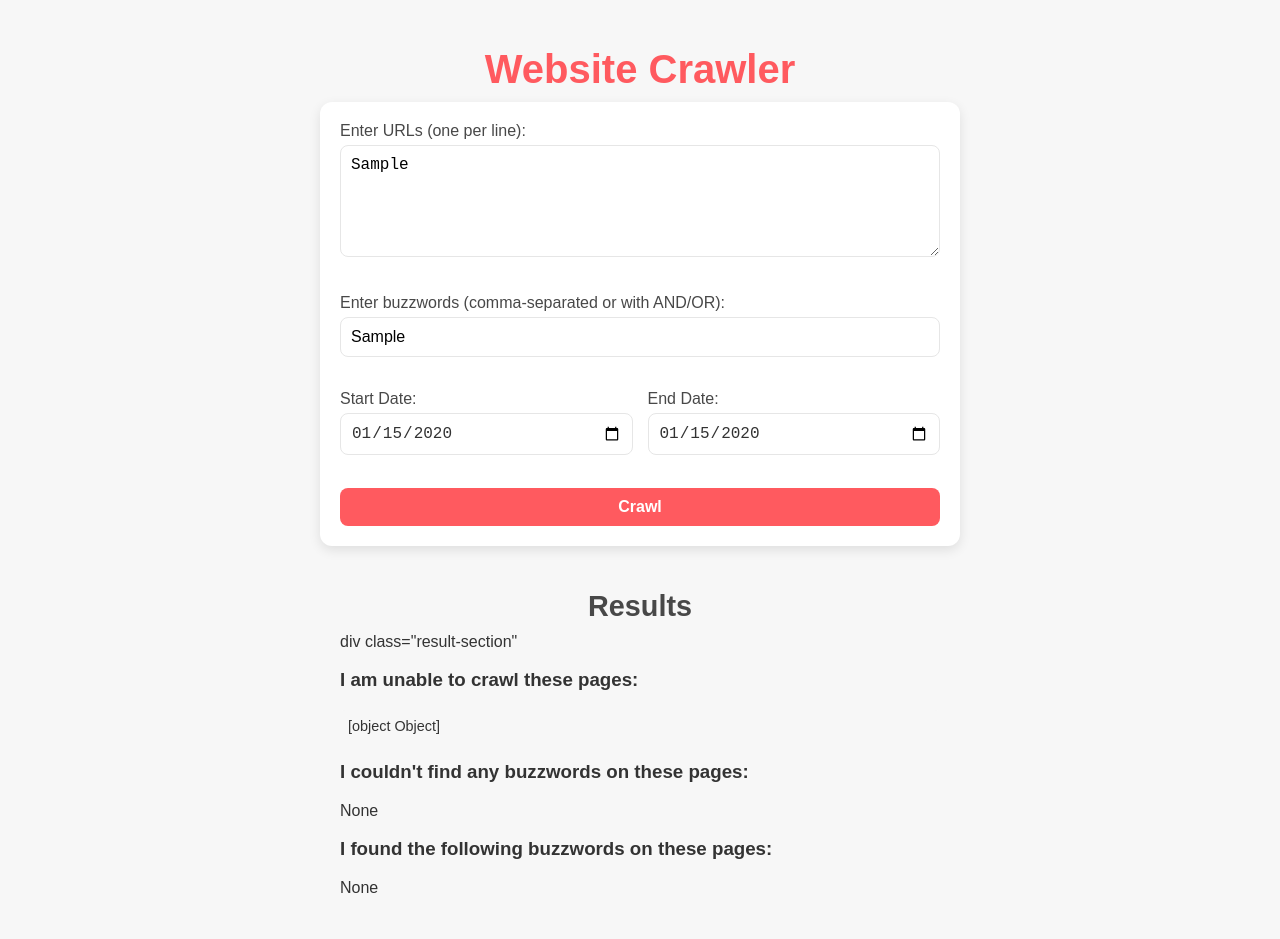
Repository: LubegaH/tenderwebscraper
Page: http://localhost/
The author's editor kept a copy of each file at every save. The page is drawn from the files as they stood at one save, then again after the next save.
The browser window is 1280 px wide. The pictures show the whole page.
Empty fields were first filled with sample values (such as "Sample", 5 or name@example.com).
After loading, the first visible `#crawler-form` was submitted once.
The page is served by the project's application, run on Flask 3 (app.py). Other server files are loaded and not shown.

Above is the page before, as saved 2025-02-19 14:31:31.

### templates/index.html
<!DOCTYPE html>
<html lang="en">
  <head>
    <meta charset="UTF-8" />
    <meta name="viewport" content="width=device-width, initial-scale=1.0" />
    <title>Website Crawler</title>
    <link
      rel="stylesheet"
      href="{{ url_for('static', filename='styles.css') }}"
    />
  </head>
  <body>
    <h1>Website Crawler</h1>
    <form id="crawler-form">
      <label for="urls">Enter URLs (one per line):</label><br />
      <textarea id="urls" name="urls" rows="5" cols="50"></textarea><br /><br />

      <label for="buzzwords"
        >Enter buzzwords (comma-separated or with AND/OR):</label
      ><br />
      <input
        type="text"
        id="buzzwords"
        name="buzzwords"
        size="50"
      /><br /><br />

      <div class="date-range">
        <div>
          <label for="start-date">Start Date:</label>
          <input
            type="date"
            id="start-date"
            name="start-date"
            class="date-field"
          />
        </div>
        <div>
          <label for="end-date">End Date:</label>
          <input type="date" id="end-date" name="end-date" class="date-field" />
        </div>
      </div>
      <br />

      <input type="submit" value="Crawl" />
    </form>

    <h2>Results</h2>
    <div id="results"></div>

    <script>
      document
        .getElementById('crawler-form')
        .addEventListener('submit', async function (e) {
          e.preventDefault();

          const urls = document
            .getElementById('urls')
            .value.split('\n')
            .map((url) => url.trim())
            .filter((url) => url.length > 0);

          const buzzwords = document.getElementById('buzzwords').value;
          const startDate = document.getElementById('start-date').value;
          const endDate = document.getElementById('end-date').value;

          const resultDiv = document.getElementById('results');
          resultDiv.innerHTML = '<p>Crawling... Please wait.</p>';

          try {
            const response = await fetch('/crawl', {
              method: 'POST',
              headers: {
                'Content-Type': 'application/json',
              },
              body: JSON.stringify({ urls, buzzwords, startDate, endDate }),
            });

            if (!response.ok) {
              throw new Error(`HTTP error! status: ${response.status}`);
            }

            const data = await response.json();
            displayResults(data);
          } catch (error) {
            resultDiv.innerHTML = `<p>Error: ${error.message}</p>`;
          }
        });

      function displayResults(data) {
        const resultDiv = document.getElementById('results');
        resultDiv.innerHTML = '';

        // Group results into three categories
        const unableToCrawl = [];
        const foundBuzzwords = [];
        const noBuzzwordsFound = [];

        // Each 'item' in data has the structure: {url, found: [...], error: ...}
        data.forEach((item) => {
          if (item.error) {
            // unable to crawl
            unableToCrawl.push(item);
          }
          // No error, so the request succeeded
          else if (Array.isArray(item.found) && item.found.length > 0) {
            foundBuzzwords.push({ url: item.url, buzzwords: item.found });
          } else {
            // Crawled successfully but no buzzwords found
            noBuzzwordsFound.push(item.url);
          }
        });

        // Build HTML for each section
        // 1) Unable to crawl
        let html = 'div class="result-section"';
        html += '<h3>I am unable to crawl these pages:</h3>';
        if (unableToCrawl.length > 0) {
          html += '<ul>';
          unableToCrawl.forEach((url) => {
            html += `<li>${url}</li>`;
          });
          html += '</ul>';
        } else {
          html += '<p>None</p>';
        }
        html += '</div>';
        // 2) No buzzwords found
        html += '<div class="result-section">';
        html += "<h3> I couldn't find any buzzwords on these pages:</h3>";
        if (noBuzzwordsFound.length > 0) {
          html += '<ul>';
          noBuzzwordsFound.forEach((url) => {
            html += `<li>${url}</li>`;
          });
          html += '</ul>';
        } else {
          html += '<p>None</p>';
        }
        html += '</div>';

        // 3) Buzzwords found
        html += '<div class="result-section">';
        html += '<h3> I found the following buzzwords on these pages:</h3>';
        if (foundBuzzwords.length > 0) {
          html += '<ul>';
          foundBuzzwords.forEach((entry) => {
            const joinedBuzzwords = entry.buzzwords.join(', ');
            html += `<li><strong>${entry.url}</strong>: ${joinedBuzzwords}</li>`;
          });
          html += '</ul>';
        } else {
          html += '<p>None</p>';
        }
        html += '</div>';

        // Insert all sections into the result div
        resultDiv.innerHTML = html;

        // data.forEach((result) => {
        //   const resultElement = document.createElement('div');
        //   resultElement.className = 'result-item';

        //   if (result.error) {
        //     resultElement.innerHTML = `<p class="error">Error crawling ${result.url}: ${result.error}</p>`;
        //   } else {
        //     resultElement.innerHTML = `<h3>${
        //       result.url
        //     }</h3><p>${result.found.join(', ')}</p>`;
        //   }

        //   resultDiv.appendChild(resultElement);
        // });
      }
    </script>
  </body>
</html>

### app.py

# app.py - Backend using Flask
import os
from flask import Flask, render_template, request, jsonify
import requests
from bs4 import BeautifulSoup
import re

app = Flask(__name__)

# Function to scrape the URL and look for buzzwords
def scrape_url(url, buzzwords):
    try:
        response = requests.get(url, timeout=10)  # Added timeout to avoid long waits on unresponsive servers
        if response.status_code == 200:
            soup = BeautifulSoup(response.text, 'html.parser')
            text = soup.get_text(separator=' ')
            found_words = [word for word in buzzwords if re.search(r'\b' + re.escape(word) + r'\b', text, re.IGNORECASE)]
            if found_words:
                return {'url': url, 'found': found_words}
            else:
                return {'url': url, 'found': []}  # No buzzwords found
        else:
            return {'url': url, 'error': 'Unable to fetch the page.'}
    except requests.RequestException as e:
        return {'url': url, 'error': f"Error: {str(e)}"}

@app.route('/')
def index():
    return render_template('index.html')

@app.route('/crawl', methods=['POST'])
def crawl():
    data = request.get_json()
    urls = data.get('urls', [])
    buzzwords = data.get('buzzwords', [])

    # Ensure buzzwords are in a list format
    if isinstance(buzzwords, str):
        buzzwords = [word.strip() for word in buzzwords.split(',')]

    results = []
    for url in urls:
        result = scrape_url(url, buzzwords)
        results.append(result)
    return jsonify(results)

if __name__ == '__main__':
    port = int(os.environ.get('PORT', 5000))
    app.run(debug=False, host='0.0.0.0', port=port)
    # app.run(debug=True, port=port)

### static/styles.css
/* General Styles */
body {
  font-family: Arial, sans-serif;
  background-color: #f7f7f7;
  color: #333;
  margin: 0;
  padding: 20px;
  display: flex;
  justify-content: center;
  align-items: center;
  flex-direction: column;
  min-height: 100vh;
}

h1 {
  color: #ff5a5f; /* Airbnb's primary brand color */
  font-size: 2.5rem;
  margin-bottom: 10px;
}

/* Form Styles */
form {
  background: #ffffff;
  padding: 20px;
  border-radius: 12px;
  box-shadow: 0 4px 12px rgba(0, 0, 0, 0.1);
  width: 100%;
  max-width: 600px;
  margin-bottom: 20px;
}

label {
  font-size: 1rem;
  color: #484848;
  font-weight: 500;
}

textarea,
input[type='text'] {
  width: 100%;
  padding: 10px;
  margin-top: 5px;
  margin-bottom: 15px;
  border: 1px solid #e6e6e6;
  border-radius: 8px;
  font-size: 1rem;
  box-sizing: border-box;
}

input[type='submit'] {
  background-color: #ff5a5f;
  color: #fff;
  border: none;
  padding: 10px 20px;
  font-size: 1rem;
  font-weight: bold;
  border-radius: 8px;
  cursor: pointer;
  transition: background-color 0.3s ease;
  width: 100%;
  box-sizing: border-box;
}

input[type='submit']:hover {
  background-color: #ff787d;
}

/* Results Section Styles */
h2 {
  color: #484848;
  font-size: 1.8rem;
  margin-bottom: 10px;
}

#results {
  width: 100%;
  max-width: 600px;
}

.result-item {
  background-color: #ffffff;
  margin-top: 10px;
  padding: 15px;
  border-radius: 10px;
  box-shadow: 0 2px 8px rgba(0, 0, 0, 0.1);
}

.result-item h3 {
  color: #ff5a5f;
  margin: 0 0 10px;
}

ul {
  list-style-type: none;
  padding-left: 0;
}

ul li {
  background-color: #f7f7f7;
  padding: 8px;
  border-radius: 5px;
  margin-bottom: 5px;
  font-size: 0.9rem;
  color: #333;
}

.error {
  color: #d9534f;
}
/* Styling for date fields */
.date-field {
  width: 100%;
  padding: 10px;
  margin-top: 5px;
  margin-bottom: 15px;
  border: 1px solid #e6e6e6;
  border-radius: 8px;
  font-size: 1rem;
  box-sizing: border-box;
  background-color: #ffffff;
  color: #333;
  transition: border-color 0.3s ease;
}

/* Consistent styling on focus */
.date-field:focus {
  outline: none;
  border-color: #ff5a5f;
  box-shadow: 0 0 0 2px rgba(255, 90, 95, 0.3);
}
/* Date range wrapper styling */
.date-range {
  display: flex;
  gap: 15px; /* Space between start and end date fields */
}

.date-range > div {
  flex: 1; /* Ensures both fields are evenly spaced and take up equal width */
}

After the next save:
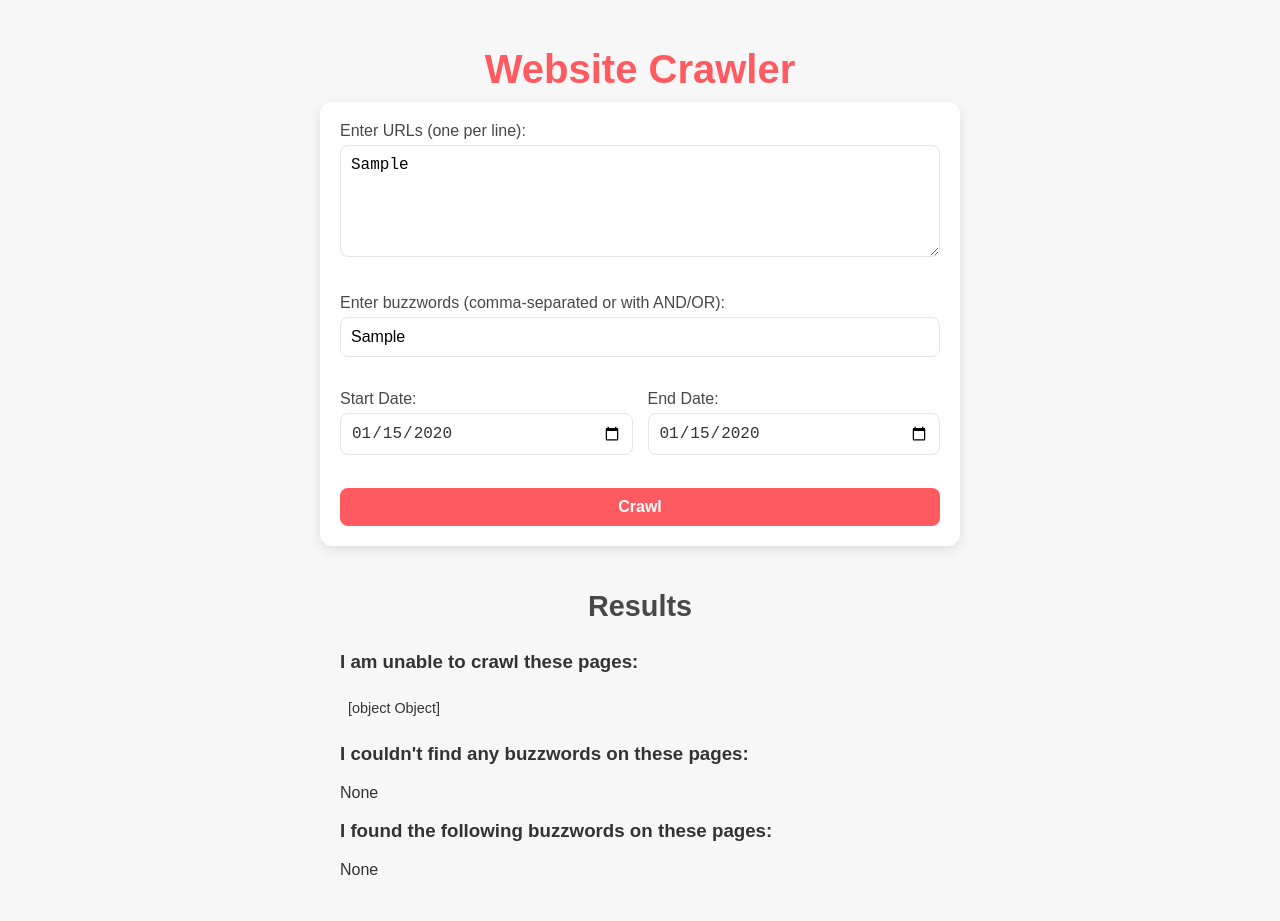
Saved 6 min 9 s later.
--- a/templates/index.html
+++ b/templates/index.html
@@ -113,7 +113,7 @@
 
         // Build HTML for each section
         // 1) Unable to crawl
-        let html = 'div class="result-section"';
+        let html = '<div class="result-section">';
         html += '<h3>I am unable to crawl these pages:</h3>';
         if (unableToCrawl.length > 0) {
           html += '<ul>';
